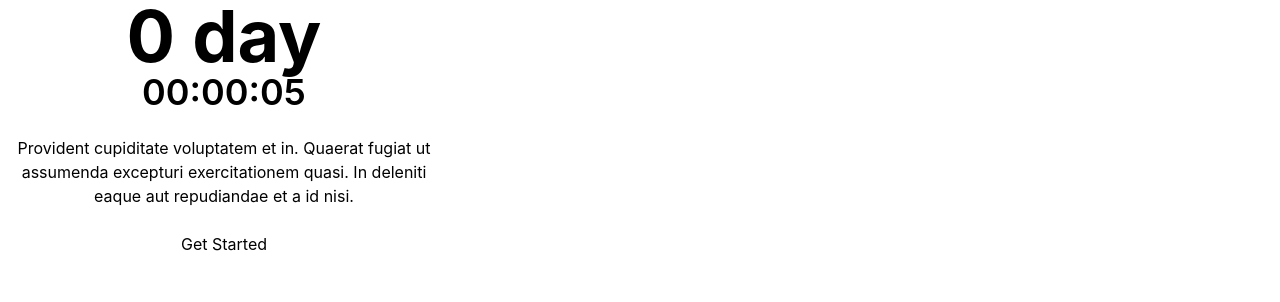
Repository: RahmanRakib9/TwentyOne
Page: /
An editor plug-in stored every save of this project. The page is shown before and after the next save, followed by the edit.
The browser window is 1280 px wide. The pictures show the whole page.
The project was rebuilt for these pictures with package versions that can differ from the ones it lists, and the page was loaded fresh each time.

Above is the page before, as saved 2022-10-13 17:56:18.

### src/index.css
/* tailwind css directives */
@tailwind base;
@tailwind components;
@tailwind utilities;

body {
  margin: 0;
  font-family: -apple-system, BlinkMacSystemFont, 'Segoe UI', 'Roboto', 'Oxygen',
    'Ubuntu', 'Cantarell', 'Fira Sans', 'Droid Sans', 'Helvetica Neue',
    sans-serif;
  -webkit-font-smoothing: antialiased;
  -moz-osx-font-smoothing: grayscale;
}

code {
  font-family: source-code-pro, Menlo, Monaco, Consolas, 'Courier New',
    monospace;
}

### src/App.js
import React from 'react';
import Timer from './components/Timer';
import './App.css'

const App = () => {
  return (
    <div className='App'>
      <Timer></Timer>
    </div>
  );
};

export default App;

### src/components/Timer.js
import React from "react";
import useCountdown from "../hooks/useCountdown";

const Timer = () => {
  const [second, minute, hour, day] = useCountdown();
  return (
    <div class="hero min-h-screen bg-base-200">
      <div class="hero-content text-center">
        <div class="max-w-md">
          <h1 class="text-7xl font-bold ">
            {day} {day > 0 || 1 ? "day" : "days"}
          </h1>
          <h3 className="text-4xl font-semibold">
            {hour < 10 ? "0" + hour : hour}:
            {minute < 10 ? "0" + minute : minute}:
            {second < 10 ? "0" + second : second}
          </h3>
          <p class="py-6">
            Provident cupiditate voluptatem et in. Quaerat fugiat ut assumenda
            excepturi exercitationem quasi. In deleniti eaque aut repudiandae et
            a id nisi.
          </p>
          <button class="btn btn-primary">Get Started</button>
        </div>
      </div>
    </div>
  );
};

export default Timer;

### src/hooks/useCountdown.js
/* eslint-disable react-hooks/exhaustive-deps */
import React, { useEffect, useState } from "react";

const useCountdown = () => {
  // state declaration for updating second, minute, and an hour respectively
  const [second, setSecond] = useState(0);
  const [minute, setMinute] = useState(0);
  const [hour, setHour] = useState(0);
  const [day, setDay] = useState(0);

  let timer;
  useEffect(() => {
    timer = setInterval(() => {
      setSecond(second + 1);

      if (second === 59) {
        setMinute(minute + 1);
        setSecond(0);
      }

      if (minute === 59) {
        setHour(hour + 1);
        setMinute(0);
      }

      if (hour === 23 && minute === 59) {
        setDay(day + 1);
        setHour(0);
        setMinute(0);
      }



    }, 1000);

    return () => clearInterval(timer);
  });
  return [second, minute, hour,day];
};

export default useCountdown;

### tailwind.config.js
/** @type {import('tailwindcss').Config} */
module.exports = {
  content: ["./src/**/*.{html,js}"],
  daisyui: {
    themes: [],
  },
  plugins: [require("daisyui")],
};

Loaded but not shown: public/index.html (common file); src/index.js (common file); src/reportWebVitals.js (common file); src/App.css (common file)

After the next save:
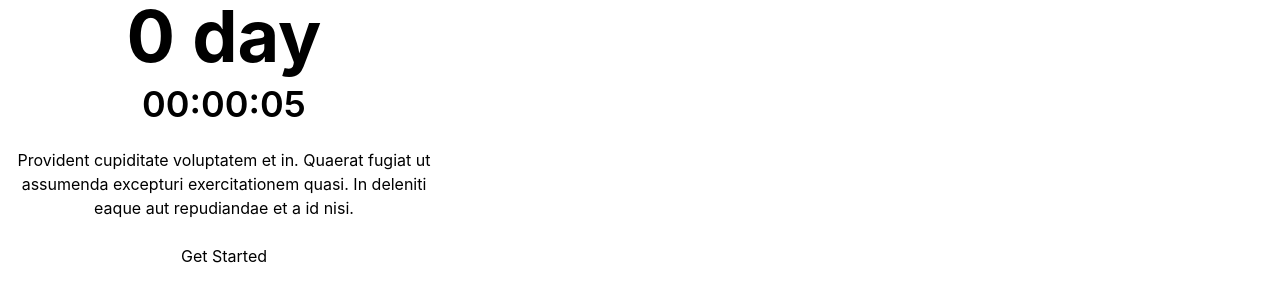
Saved 4 s later.
--- a/src/components/Timer.js
+++ b/src/components/Timer.js
@@ -7,7 +7,7 @@ const Timer = () => {
     <div class="hero min-h-screen bg-base-200">
       <div class="hero-content text-center">
         <div class="max-w-md">
-          <h1 class="text-7xl font-bold ">
+          <h1 class="text-7xl font-bold mb-3">
             {day} {day > 0 || 1 ? "day" : "days"}
           </h1>
           <h3 className="text-4xl font-semibold">
